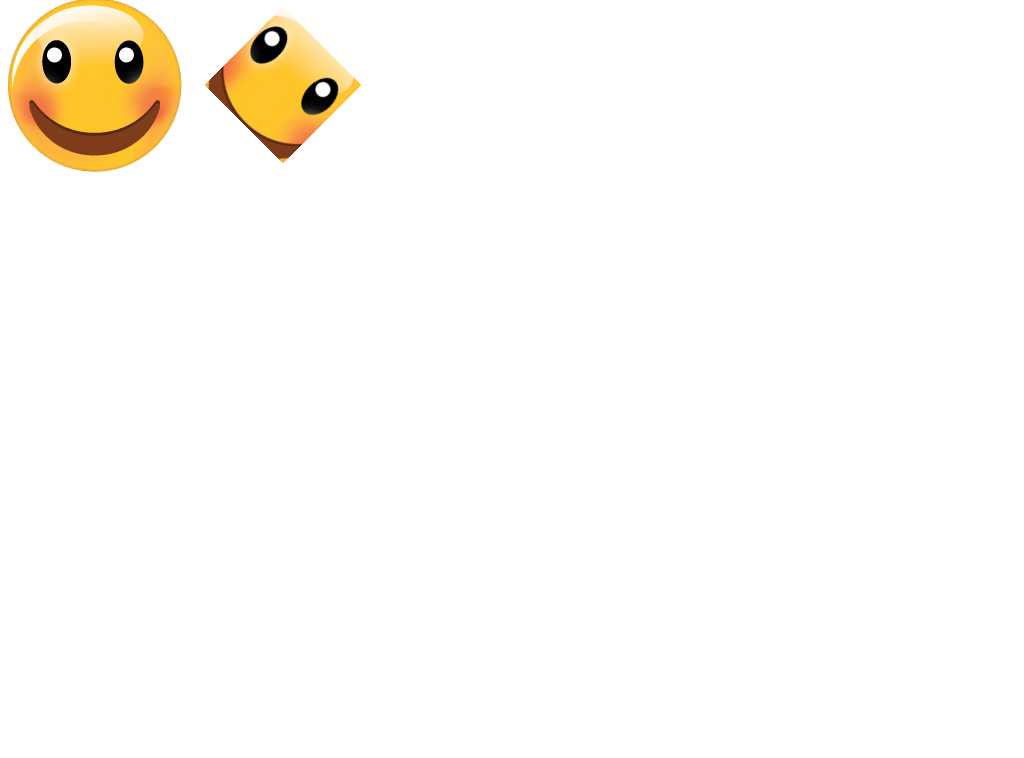
Repository: hoony-lab/java-projects
Program's window: java 20200401_JavaFX/20200408/src/application/ImageView02.java
An editor plug-in stored every save of this project. The program's window is shown before and after the next save, followed by the edit.
It runs on Java 21 on a 1366 x 768 screen with JavaFX 11; the title bar is not drawn. Parts beyond the screen are cut off. It also reads 20200401_JavaFX/20200408/src/img/SmileReRe.png.

Above is the program's window before, as saved 2020-04-08 01:08:08.

### 20200401_JavaFX/20200408/src/application/ImageView02.java
package application;

import javafx.application.Application;
import javafx.geometry.Rectangle2D;
import javafx.scene.Scene;
import javafx.scene.image.ImageView;
import javafx.scene.layout.AnchorPane;
import javafx.scene.layout.HBox;
import javafx.stage.Stage;

public class ImageView02 extends Application{
	public static void main(String[] args) {
		launch(args);
	}

	@Override
	public void start(Stage primaryStage) throws Exception {
		HBox hb = new HBox();
		AnchorPane ap = new AnchorPane();

		ImageView iv1 = new ImageView("/img/smilerere.png");
		ImageView iv2 = new ImageView("/img/smilerere.png");

		// rotate
		iv2.setRotate(45);

		Rectangle2D viewportRect = new Rectangle2D(40, 35, 110, 110);
		iv2.setViewport(viewportRect);
		iv2.setLayoutX(40);
		iv2.setLayoutY(40);
		ap.getChildren().add(iv2);


		hb.getChildren().addAll(iv1,ap);
		hb.setPrefSize(1024,  768);

		primaryStage.setScene(new Scene(hb));
		primaryStage.show();

	}

}

After the next save:
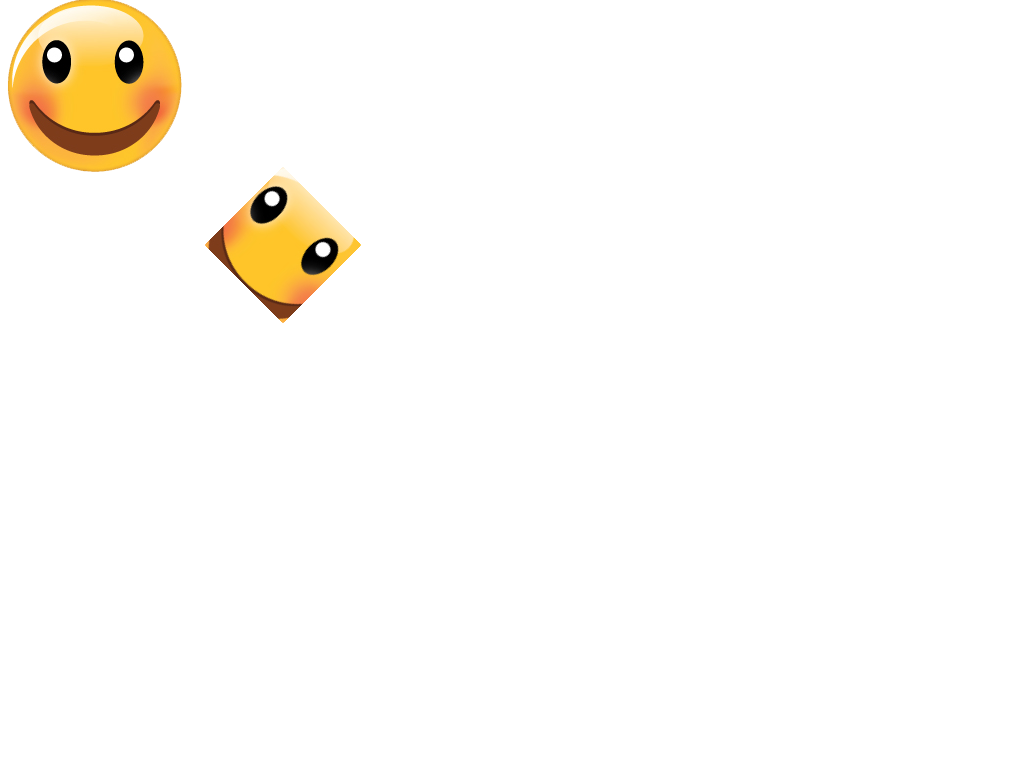
Saved 7 s later.
--- a/20200401_JavaFX/20200408/src/application/ImageView02.java
+++ b/20200401_JavaFX/20200408/src/application/ImageView02.java
@@ -27,7 +27,7 @@
 		Rectangle2D viewportRect = new Rectangle2D(40, 35, 110, 110);
 		iv2.setViewport(viewportRect);
 		iv2.setLayoutX(40);
-		iv2.setLayoutY(40);
+		iv2.setLayoutY(200);
 		ap.getChildren().add(iv2);
 
 
